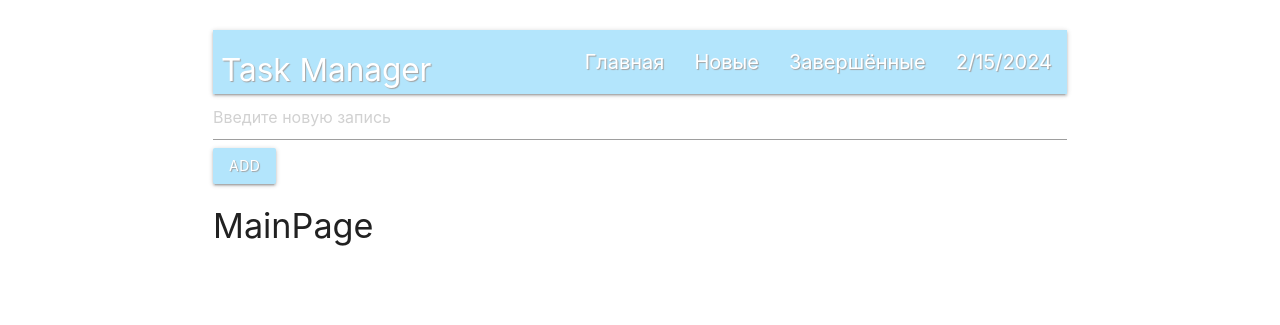
Repository: iveivs/myReactTaskManager
Page: /
An editor plug-in stored every save of this project. The page is shown before and after a run of saves, followed by the edit.
The browser window is 1280 px wide. The pictures show the whole page.
The project was rebuilt for these pictures with package versions that can differ from the ones it lists, and the page was loaded fresh each time. Also part of the build but not shown: vite.config.js, src/components/DoneTasks.jsx, src/components/NewTasks.jsx.

Above is the page before, as saved 2024-02-15 15:15:31.

After the next 4 saves:
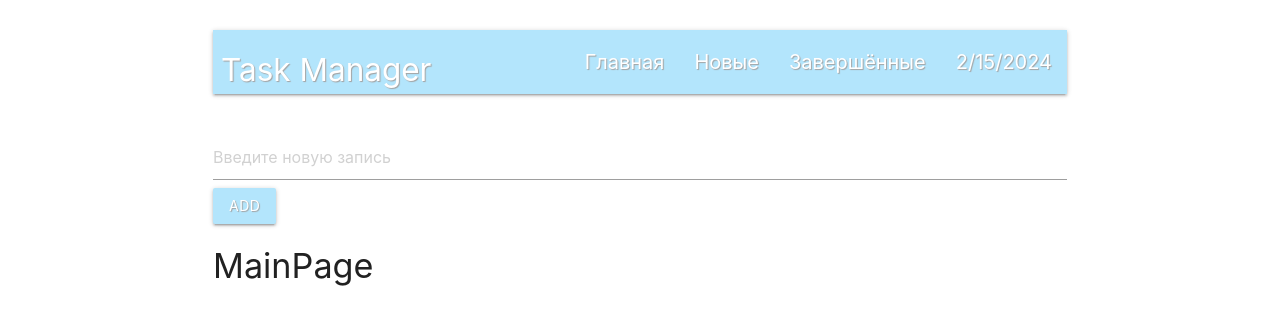
The 4 saves are shown as one change because they came seconds apart.
The last was saved 14 s later.
--- a/src/index.css
+++ b/src/index.css
@@ -17,7 +17,7 @@
     text-shadow: 1px 1px 1px #a3a3a3;
 }
 .inputMain {
-    margin-top: 40px;
+    margin-top: 40px!important ;
 }
 /* nav {
     background-color: #b3e5fc
